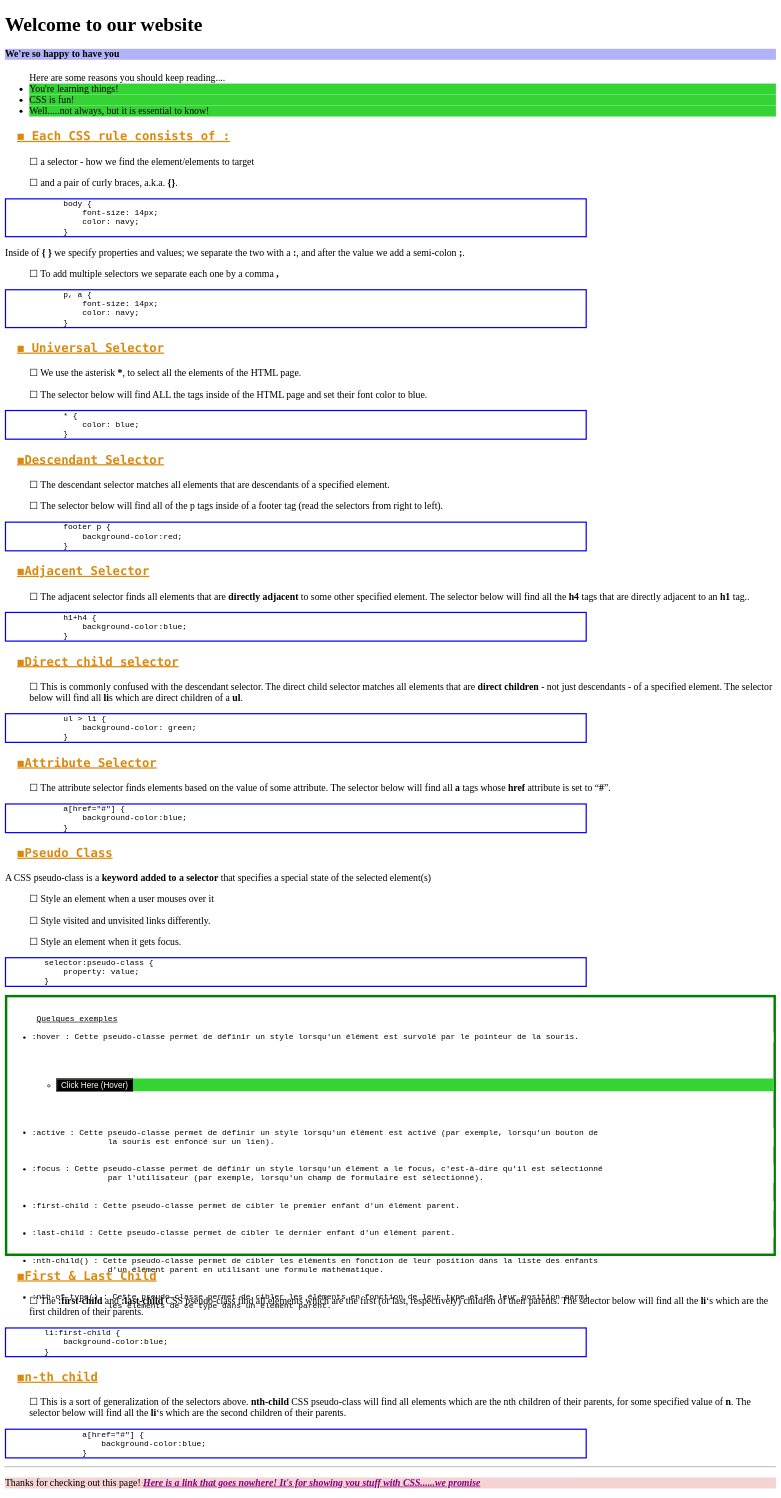
Repository: AnnaSpirit/Tests__
Page: CSS/Useful_Selectors.html
An editor plug-in stored every save of this project. The page is shown before and after the next save, followed by the edit.
The browser window is 1280 px wide. The pictures show the whole page, at 61% of full size.

Above is the page before, as saved 2024-04-01 18:23:01.

After the next save:
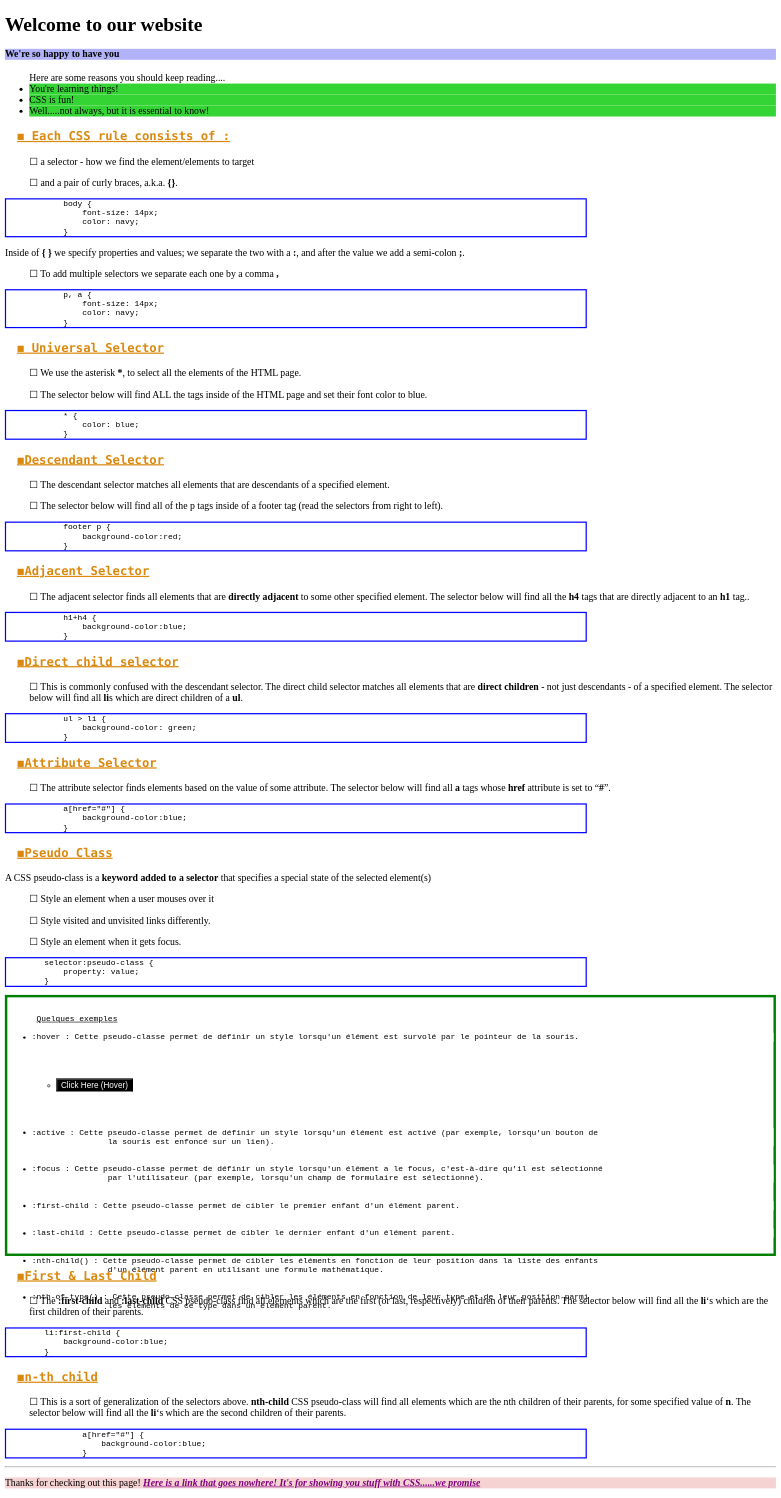
Saved 2 min 4 s later.
--- a/CSS/style_Selectors.css
+++ b/CSS/style_Selectors.css
@@ -2,7 +2,7 @@
 /* * {
     color: brown;
 } */
-ul>li {
+section>ul>li {
     background-color: rgb(53, 212, 53);
 }
 
